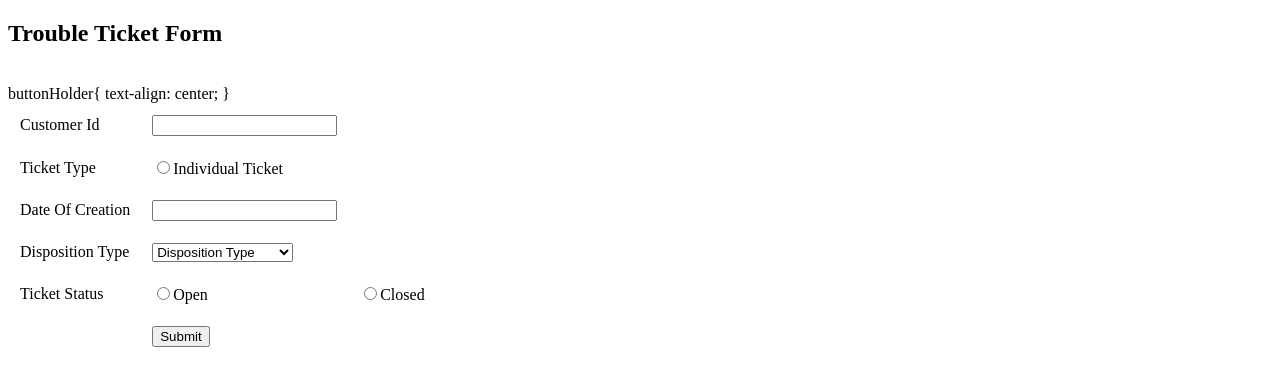
Repository: ApoorvaVeluri/JavaProject
Page: http://localhost/userinterface/Input.jsp
An editor plug-in stored every save of this project. The page is shown before and after the next save, followed by the edit.
The browser window is 1280 px wide. The pictures show the whole page.
The page is served by Tomcat 9.

Above is the page before, as saved 2015-08-20 11:16:30.

After the next save:
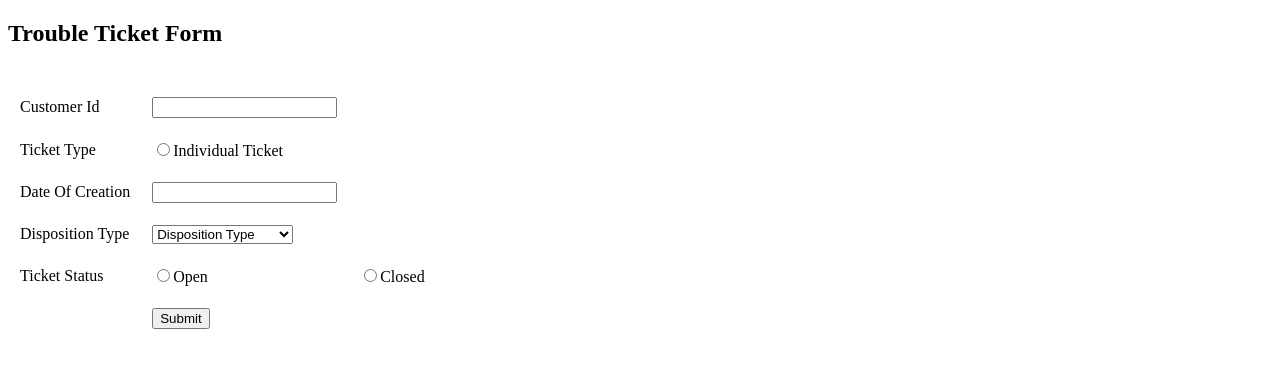
Saved 11 s later.
--- a/html/userinterface/WebContent/Input.jsp
+++ b/html/userinterface/WebContent/Input.jsp
@@ -52,7 +52,7 @@
 				<td><div class="buttonHolder">
 
 					<td colspan="2"><input type="submit" value="Submit" id="btn_s" /></td>
-					buttonHolder{ text-align: center; }
+
 				</div>
 
 
